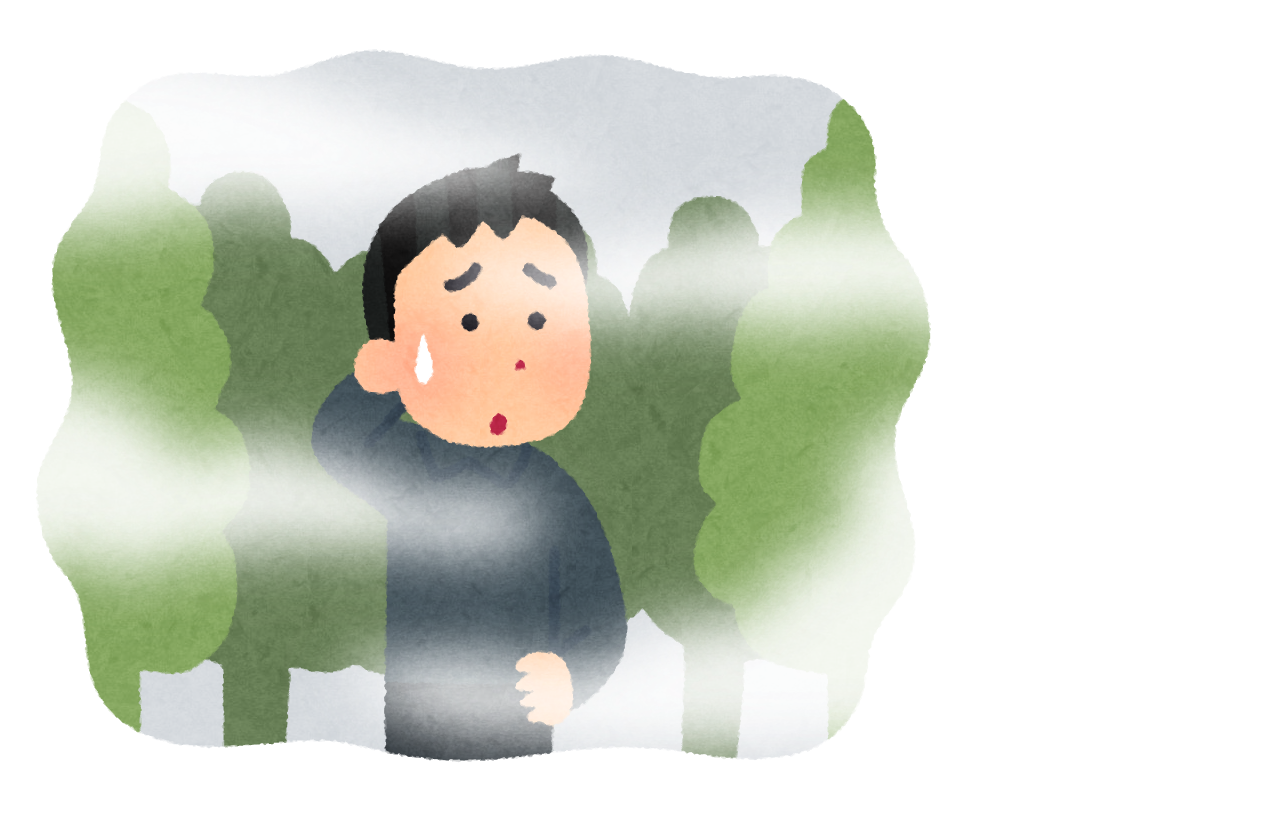
Repository: akari-okabayashi/web_basic
Page: ex-web/src/main/webapp/user/image.html
An editor plug-in stored every save of this project. The page is shown before and after the next save, followed by the edit.
The browser window is 1280 px wide. The pictures show the whole page.

Above is the page before, as saved 2024-01-26 05:05:44.

### ex-web/src/main/webapp/user/image.html
<!DOCTYPE html>
<html>
<head>
<meta charset="UTF-8">
<title>Insert title here</title>
</head>
<body>
<img src="../akari/kotowaza_gorimuchu.png">

</body>
</html>

After the next save:
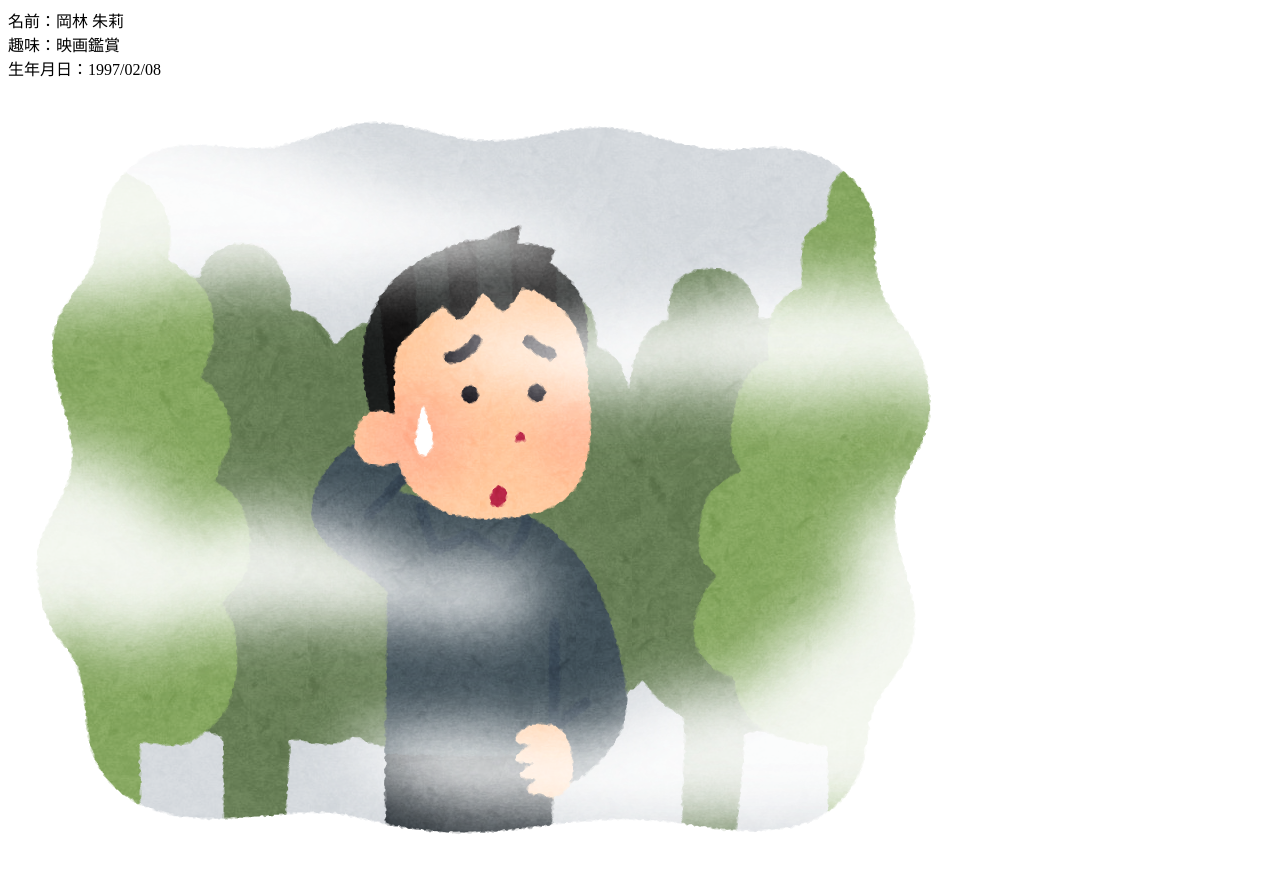
Saved 23 s later.
--- a/ex-web/src/main/webapp/user/image.html
+++ b/ex-web/src/main/webapp/user/image.html
@@ -5,7 +5,9 @@
 <title>Insert title here</title>
 </head>
 <body>
-<img src="../akari/kotowaza_gorimuchu.png">
-
+名前：岡林 朱莉 <br>
+趣味：映画鑑賞 <br>
+生年月日：1997/02/08 <br>
+<img src="../img/kotowaza_gorimuchu.png">
 </body>
 </html>
